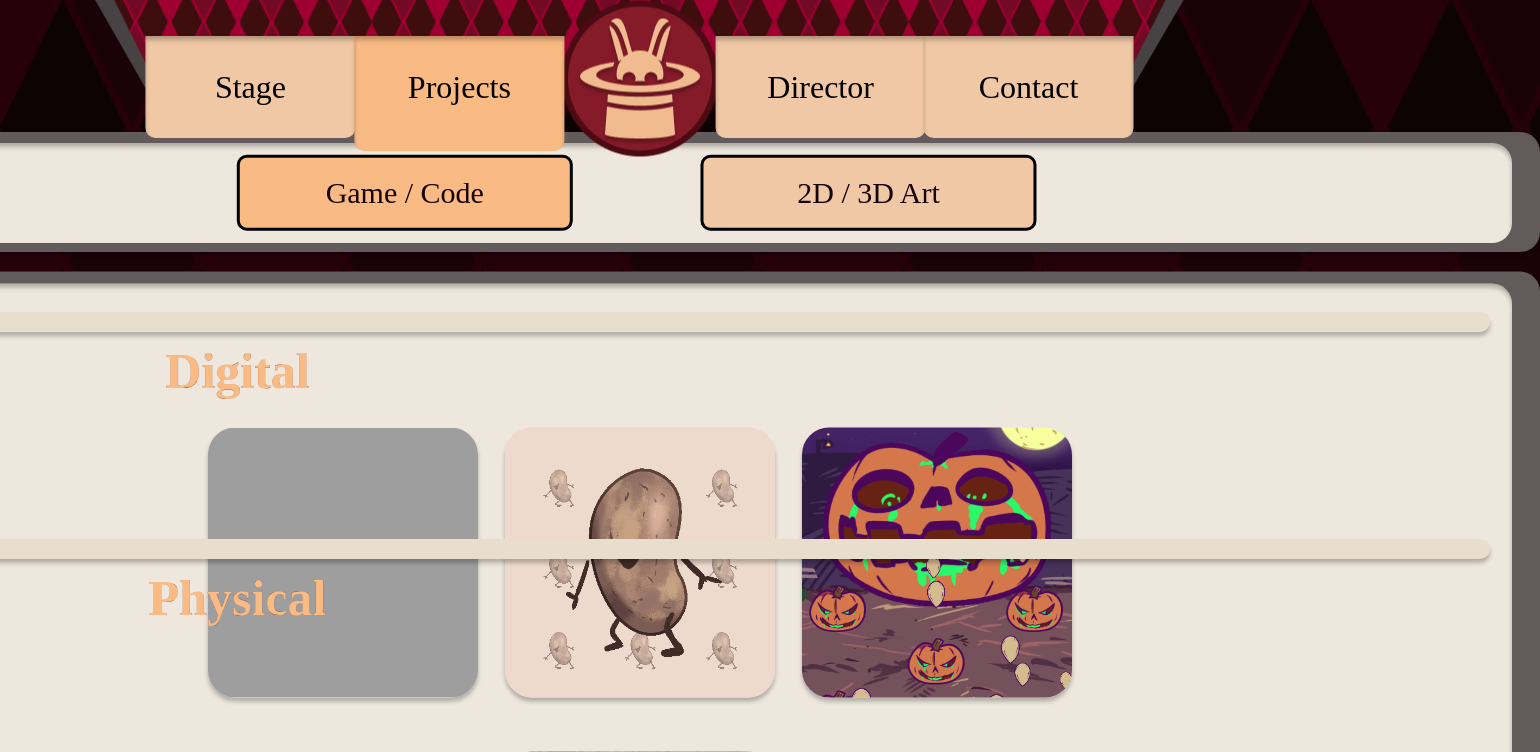
Repository: EMP-ChristinaC/Portfolio
Page: main-project-page/projects.html
These files come from the project's save history. The page is drawn as it stood at one moment and after the next save; the edit follows.
The browser window is 1280 px wide. The page is 1540 px wide, so the pictures cover 1540 px, including what lies to the right of the window. The pictures show the part of the page from y = 0 to 752 px (the page is 2161 px tall).
Pictures or frames that could not be fetched are drawn as grey boxes. Some web fonts or font styles are not loaded; a fallback is used.

Above is the page before, as saved 2024-12-18 16:53:34.

### main-project-page/projects.html
<!DOCTYPE html>
<html lang="en">

<head>
    <meta charset="UTF-8">
    <meta name="viewport" content="width=device-width, initial-scale=1.0">
    <title>CC- Project Gallery Main</title>
    <!--- ////////////////// OUTSIDE STYLES //////////////////-->


    <!--- ///////////////// GOOGLE FONTS  ////////////////////-->
    <link rel="preconnect" href="https://fonts.googleapis.com">
    <link rel="preconnect" href="https://fonts.gstatic.com" crossorigin>
    <link
        href="https://fonts.googleapis.com/css2?family=Overlock:ital,wght@0,400;0,700;0,900;1,400;1,700;1,900&family=Vast+Shadow&display=swap"
        rel="stylesheet">

    <!--- /////////////// MY STYLES ////////////////-->

    <link rel="stylesheet" href="projects-style.css">
    <link rel="stylesheet" href="../nav.css">
    <!-- <link rel="stylesheet" href="projects-style1280x1024.css"> -->
    <link rel="stylesheet" href="media-style-mac-main.css">
    <link rel="stylesheet" href="media-style-phone-main.css">

    <!--- //////////////// FAVICON LINKS ///////////////////-->
    <link rel="shortcut icon" href="../image/logo.png" type="image/x-icon">
    <link rel="icon" href="../image/logo.png" type="image/x-icon">

</head>

<body class="project">

    <!--- /////////////////////// NAVIGATION /////////////////////-->
    <header class="navigation">
        <img class="nav-background" src="../image/nav-background.png"
            alt="A decor for the nav, it holds a logo with diamond patterns in the background.">


            <a href="../index.html" class="nav-home">Stage</a>
            <a href="../about-page/about.html" class="nav-about">Director</a>
            <a href="../contact-page/contact.html" class="nav-contact">Contact</a>
            <a href="projects.html" class="nav-projects current">Projects</a>
    </header>

    <!--- /////////////////////// BOX OUTLINE ///////////////////////-->

    <div class="box-outline-outside-projects-sub-nav">
        <div class="box-outline-inside-projects-sub-nav"></div>
    </div>

    <a href="projects.html" class="main current-sub">Game / Code</a>

    <a href="../sub-project-page/projects-two.html" class="sub">2D / 3D Art</a>


    <div class="box-outline-outside-projects">
        <div class="box-outline-inside-projects"></div>
    <!-- <div class="dia-left-projects">
        <img src="../image/Dia-bottom-left.png"
            alt="A diamond pattern decor that is placed onto the bottom left of the box outline">
    </div>

    <div class="dia-right-projects">
        <img src="../image/Dia-top-right.png"
            alt="A diamond pattern decor that is placed onto the top right of the box outline">
    </div> -->
    </div>

    <div class="box-outline-heading-wel-project">
        <div class="heading-intro-project">
            <h1>Digital</h1>
        </div>
    </div>

    <!--- ////////////////////////-->

    <div class="box-outline-outside-projects-two">
        <div class="box-outline-inside-projects-two"></div>
    <!-- <div class="dia-left-projects-two">
        <img src="../image/Dia-bottom-left.png"
            alt="A diamond pattern decor that is placed onto the bottom left of the box outline">
    </div>

    <div class="dia-right-projects-two">
        <img src="../image/Dia-top-right.png"
            alt="A diamond pattern decor that is placed onto the top right of the box outline">
    </div> -->
    </div>

    <div class="box-outline-heading-wel-project-two">
        <div class="heading-intro-project-two">
            <h1>Physical</h1>
        </div>
    </div>



    <!--- ////////////////////////-->

    <div class="box-outline-outside-foot">
        <div class="box-outline-inside-foot"></div>

            <footer class="section">
                <p>© 2024 by Christina Chan. Powered and secured by Github</p>

                <a class="github" href="https://github.com/EMP-ChristinaC"> <img src="../image/Github-icon.png"
                    alt="Github icon image."></a>

            <a class="twitter" href="https://x.com/EMP_Nifl"> <img src="../image/Twitter-Icon.png"
                    alt="Twitter icon image."></a>

                    <a class="discord" href="https://discordapp.com/users/456539039286165514"> <img src="../image/discord-icon.webp"
                            alt="Discord icon image."></a>

                    <a class="linkedin" href="https://www.linkedin.com/in/christina-chan-290a29323/"> <img src="../image/Linkedin-icon.webp"
                            alt="Linkedin icon image."></a>

                            <a class="instagram" href="https://www.instagram.com/emp_christinac/"> <img
                                src="../../image/InstagramIcon.png" alt="Instagram icon image."></a>
                </div>

            </footer>
    </div>


    <!--- /////////////////////// DECOR  ///////////////////////-->

    <!-- <div class="left-curtain">
        <img src="../image/curtains-left.png" alt="A curtain decor that is placed on the left side of the website.">
    </div>

    <div class="right-curtain">
        <img src="../image/curtain-right.png" alt="A curtain decor that is placed on the right side of the website.">
    </div> -->

    <!--- /////////////////////// TEXT ///////////////////////-->


    <!--- /////////////////////// FOOTER ///////////////////////-->


    <!--- /////////////////////// IMAGES DESKTOP ///////////////////////-->

    <div class="image-container">
        <a href="../projects/cardcraft/mc.html"> <img src="../image/CardCraft-Show Case-Overview.jpg" alt="An overview image of a project called CardCraft.">
        <div class="hover-overlay">
            <div class="hover-text-overlay">CardCraft</div>
        </div>
    </div>

    <div class="image-container-two">
        <a href="../projects/potato-shuffle/potato.html"> <img src="../image/Cover.png" alt="An overview image of a project called Potato Shuffle.">
        <div class="hover-overlay">
            <div class="hover-text-overlay">Potato Shuffle</div>
        </div>
    </div>

    <div class="image-container-three">
        <a href="../projects/mystic-rain/mystic.html"> <img src="../image/MysticRain Home Screen.png" alt="An overview image of a project called MysticRain.">
        <div class="hover-overlay">
            <div class="hover-text-overlay">MysticRain</div>
        </div>
    </div>


    <div class="image-container-four">
        <a href="../projects/smash-n-dash/smash.html"> <img src="../image/Smash-N-Dash-Main-Screen.png" alt="An overview image of a project called Smash N Dash.">
        <div class="hover-overlay">
            <div class="hover-text-overlay">Smash-n-Dash</div>
        </div>
    </div>

    <div class="image-container-five">
        <a href="../projects/"> <img src="../image/Inner-Demons-Gallery.png" alt="An overview image of a project called Sniffle: The Fox Box.">
        <div class="hover-overlay">
            <div class="hover-text-overlay">Inner Demons<br> [In Progress]</div>
        </div>
    </div>

    <div class="image-container-six">
        <a href="../projects/"> <img src="../image/OnlyTwo-Gallery.png" alt="An overview image of a project called Liyue Sunset.">
        <div class="hover-overlay">
            <div class="hover-text-overlay">Only Two<br> [In Progress]</div>
        </div>
    </div>

    <div class="image-container-seven">
        <a href=""> <img src="../image/Please-Wait.png" alt="An overview image of a project called Please Wait.">
        <div class="hover-overlay">
            <div class="hover-text-overlay">Please Wait! <br> [In Progress]</div>
        </div>
    </div>


</body>

</html>

### main-project-page/projects-style.css

/*///////////////////////////////// Box Outline ////////////////////////////*/
.box-outline-outside-projects,
.box-outline-outside-projects-two {
    width: 1800px;
    height: 804px;
    background: rgba(98, 91, 92);
    box-shadow: 0px 4px 4px rgba(0, 0, 0, 0.25);
    border-radius: 20px;
}

.box-outline-outside-projects {
    position: absolute;
    top: 50%;
    left: 50%;
    transform: translate(-50%, -11%);
}

.box-outline-outside-projects-two {
    position: absolute;
    top: 50%;
    left: 50%;
    transform: translate(-50%, 95%);
}

.box-outline-outside-projects-sub-nav {
    width: 1800px;
    height: 120px;
    background: rgba(98, 91, 92);
    box-shadow: 0px 4px 4px rgba(0, 0, 0, 0.25);
    border-radius: 20px;
    position: absolute;
    top: 50%;
    left: 50%;
    transform: translate(-50%, -190%);
}


/*//////////////////////////////////////////////////////////////////////////////*/


.box-outline-inside-projects {
    width: 1745px;
    height: 780px;
    background: #EDE7DD;
    box-shadow: 0px 4px 4px rgba(0, 0, 0, 0.25) inset;
    border-radius: 20px;
    position: absolute;
    top: 1.5%;
    left: 1.5%;
    /* transform: translate(-50%, -26.3%); */
}

.box-outline-inside-projects-two {
    width: 1745px;
    height: 780px;
    background: #EDE7DD;
    box-shadow: 0px 4px 4px rgba(0, 0, 0, 0.25) inset;
    border-radius: 20px;
    position: absolute;
    top: 1.5%;
    left: 1.5%;
    /* transform: translate(-50%, -26.3%); */
}

.box-outline-inside-projects-sub-nav {
    width: 1745px;
    height: 100px;
    background: #EDE7DD;
    box-shadow: 0px 4px 4px rgba(0, 0, 0, 0.25) inset;
    border-radius: 20px;
    position: absolute;
    top: 9%;
    left: 1.5%;
    /* transform: translate(-50%, -26.3%); */
}

/*/////////////////////////////////////*/

.box-outline-heading-wel-project,
.box-outline-heading-wel-project-two {
    width: 1700px;
    height: 20px;
    background: #E7DECD;
    box-shadow: 0px 4px 4px rgba(0, 0, 0, 0.25);
    border-radius: 20px;
    z-index: 1;

}
/*/////////////////////////////////////*/

.box-outline-heading-wel-project {
    position: absolute;
    top: 45%;
    left: 50%;
    transform: translate(-50%, -60%);
}

.box-outline-heading-wel-project-two {
    position: absolute;
    top: 50%;
    left: 50%;
    transform: translate(-50%, 895%);
}


/*/////////////////////////////////////*/

.box-outline-outside-foot {
    width: 100%;
    height: 200px;
    background: rgba(98, 91, 92);
    box-shadow: 0px 4px 4px rgba(0, 0, 0, 0.25);
    border-radius: 20px 20px 0 0;
    position: absolute;
    top: 50%;
    left: 50%;
    transform: translate(-50%, 800%);
}

.box-outline-inside-foot {
    width: 99%;
    height: 185px;
    position: absolute;
    background: #EDE7DD;
    box-shadow: 0px 4px 4px rgba(0, 0, 0, 0.25) inset;
    border-radius: 20px 20px 0 0;
    position: absolute;
    /* transform: translate(-50%, 343%); */
    top: 8%;
    left: 0.5%;
}


/*///////////////////////////////// Decor ////////////////////////////*/

.dia-left-projects img,
.dia-left-projects-two img {
    position: absolute;
    top: 27%;
    left: 50%;
    transform: translate(-385%, 205%);
}


.dia-right-projects img,
.dia-right-projects-two img {
    position: absolute;
    top: 27%;
    right: 50%;
    transform: translate(385%, -107%);
}


/*/////////////////////////////////////*/

.left-curtain {
    position: fixed;
    top: 0%;
    left: 0%;
}

.right-curtain {
    position: fixed;
    top: 0%;
    right: 0%;
}

/*///////////////////////////////// Heading Text ////////////////////////////*/

.heading-intro-project,
.heading-intro-project-two {
    width: 827px;
    text-align: center;
    color: #FABA84;
    font-size: 25px;
    font-family: Vast Shadow;
    font-weight: 400;
    -webkit-text-stroke: 0.1px #4C0B13;
    z-index: 1;
}

/*/////////////////////////////////////*/

.heading-intro-project {
    position: absolute;
    top: -20%;
    left: 2%;
    /* transform: translate(-50%, -320%); */
}

.heading-intro-project-two {
    position: absolute;
    top: -20%;
    left: 2%;
    /* transform: translate(-50%, -320%); */
}

/*///////////////////////////////// Paragraph Text ////////////////////////////*/

footer.section {
    text-align: center;
    color: black;
    font-size: 14px;
    font-family: Overlock;
    font-weight: 400;

    width: 500px;
    position: absolute;
    top: 50%;
    left: 50%;
    transform: translate(-53%, 80%);

}

footer.section p {
    width: 100%;
    height: 100%;
    transform: translate(1%, 35%);
}


/*/////////////////////////////////////*/
.github {
    width: 45px;
    height: 45px;
    position: absolute;
    top: 50%;
    left: 50%;
    overflow: hidden;
    box-shadow: 0px 4px 4px rgba(0, 0, 0, 0.25);
    border-radius: 30px;
    transform: translate(-250%, -180%);
}

.github img {
    width: 100%;
    height: 100%;
    object-fit: cover;
    transition: all 0.3s ease-in-out;
    transform: translate(0%, 0%);
}

.twitter {
    width: 45px;
    height: 45px;
    position: absolute;
    top: 50%;
    left: 50%;
    overflow: hidden;
    box-shadow: 0px 4px 4px rgba(0, 0, 0, 0.25);
    border-radius: 30px;
    transform: translate(-100%, -180%);
}

.twitter img {
    width: 100%;
    height: 100%;
    object-fit: cover;
    transition: all 0.3s ease-in-out;
    transform: translate(-0%, -0%);
}


.discord {
    width: 45px;
    height: 45px;
    position: absolute;
    top: 50%;
    left: 50%;
    overflow: hidden;
    box-shadow: 0px 4px 4px rgba(0, 0, 0, 0.25);
    border-radius: 30px;
    transform: translate(50%, -180%);
}

.discord img {
    width: 100%;
    height: 100%;
    object-fit: cover;
    transition: all 0.3s ease-in-out;
    transform: translate(-0%, -0%);
}


.linkedin {
    width: 45px;
    height: 45px;
    position: absolute;
    top: 50%;
    left: 50%;
    overflow: hidden;
    box-shadow: 0px 4px 4px rgba(0, 0, 0, 0.25);
    border-radius: 30px;
    transform: translate(200%, -180%);
}

.linkedin img {
    width: 100%;
    height: 100%;
    object-fit: cover;
    transition: all 0.3s ease-in-out;
    transform: translate(-0%, -0%);
}
/*///////////////////////////////// Button ////////////////////////////*/

.main,
.sub {
    position: absolute;
    text-align: center;
    color: #140307;
    font-family: Vast Shadow;
    font-weight: 400;
    background: #F0C8A6;
    top: 50%;
    left: 50%;
    border: none;
    cursor: pointer;
    transition: all 0.3s ease-in-out;
    border: 3px black solid;
    border-radius: 10px;
    z-index: 1;
}

/*/////////////////////////////////////*/


.main {
    transform: translate(-120%, -270%);
    font-size: 30px;
    line-height: 70px;
    width: 330px;
    height: 70px;
}

.sub {
    transform: translate(18%, -270%);
    font-size: 30px;
    line-height: 70px;
    width: 330px;
    height: 70px;
}


/*///////////////////////////////// Animation ////////////////////////////*/

.image-container {
    transform: translate(-160%, 340%);
}

.image-container-two {
    transform: translate(-50%, 25%);
}

.image-container-three {
    transform: translate(-160%, 145%);
}


.image-container-four {
    transform: translate(60%, 25%);
}

.image-container-five {
    transform: translate(-50%, 145%);
}

.image-container-six {
    transform: translate(-50%, 340%);
}

.image-container-seven {
    transform: translate(-160%, 25%);
}

.image-container,
.image-container-two,
.image-container-three,
.image-container-four,
.image-container-five,
.image-container-six,
.image-container-seven {
    top: 50%;
    left: 50%;
    position: absolute;
    width: 270px;
    height: 270px;
    border-radius: 10%;
    overflow: hidden;
    box-shadow: 0px 4px 4px rgba(0, 0, 0, 0.25);
}

.image-container img {
    width: 150%;
    height: 150%;
    object-fit: cover;
    transform: translate(-20%, -15%);
    transition: all 0.3s ease-in-out;
}

.image-container-two img {
    width: 130%;
    height: 130%;
    object-fit: cover;
    transform: translate(-12%, -16%);
    transition: all 0.3s ease-in-out;
}

.image-container-three img {
    width: 150%;
    height: 100%;
    object-fit: cover;
    transform: translate(-30%, -0%);
    transition: all 0.3s ease-in-out;
}

.image-container-four img {
    width: 100%;
    height: 190%;
    transform: translate(0%, -17%);
    object-fit: cover;
    transition: all 0.3s ease-in-out;
}

.image-container-five img {
    width: 100%;
    height: 100%;
    object-fit: cover;
    transition: all 0.3s ease-in-out;
}

.image-container-six img {
    width: 140%;
    height: 140%;
    object-fit: cover;
    transition: all 0.3s ease-in-out;
    transform: translate(0%, -15%);
}

.image-container-seven img {
    width: 100%;
    height: 100%;
    object-fit: cover;
    transition: all 0.3s ease-in-out;
}

.hover-overlay {
    position: absolute;
    top: 0;
    left: 0;
    width: 100%;
    height: 100%;
    display: flex;
    justify-content: center;
    align-items: center;
    opacity: 0;
    transition: opacity 0.8s ease;
    background: rgba(0, 0, 0, 0.4);
    border-radius: 10%;
}

.hover-text-overlay {
    color: #f1f1f1;
    font-size: 25px;
    font-family: Overlock;
    font-weight: 400;
    padding: 20px;
    text-align: center;
}

.image-container:hover .hover-overlay,
.image-container-two:hover .hover-overlay,
.image-container-three:hover .hover-overlay,
.image-container-four:hover .hover-overlay,
.image-container-five:hover .hover-overlay,
.image-container-six:hover .hover-overlay,
.image-container-seven:hover .hover-overlay {
    opacity: 1;
}


/*///////////////////////////////// Phone ////////////////////////////*/

.phone-projects {
    display: none;
}

### main-project-page/media-style-mac-main.css
@media screen and (min-width: 2005px) and (min-height: 1353px) {


    /*///////////////////////////////// Nav Decor ////////////////////////////*/
    .nav-background {
        transform: translate(-50%, -57%);
        width: 1320px;
        height: auto;

    }


    .nav-home,
    .nav-about,
    .nav-contact,
    .nav-projects {
        width: 250px;
        height: 120px;
        font-size: 38px;
        font-weight: 400;
        line-height: 120px;
    }

    .current {
        height: 16%;
    }

    /*///////////////////////// Nav Home //////////////////////////*/
    .nav-home {
        transform: translate(-235.5%);
    }

    .nav-home:hover {
        height: 16%;
    }

    /*///////////////////////////// Nav About /////////////////////////*/
    .nav-about {
        transform: translate(-136%);
    }

    .nav-about:hover {
        height: 16%;
    }

    /*/////////////////////////////////// Nav Contact ///////////////////////*/
    .nav-contact {
        transform: translate(36%);
    }

    .nav-contact:hover {
        height: 16%;
    }

    /*///////////////////////////////// Nav Projects ////////////////////////////*/
    .nav-projects {
        transform: translate(135%);
    }

    .nav-projects:hover {
        height: 16%;
    }

    /*//////////////////////////*/


    /* .project::before {
        width: 2005px;
        height: 2400px;
    } */


    .left-curtain img {
        width: auto;
        height: 1480px;
    }


    .right-curtain img {
        width: auto;
        height: 1510px;
    }





}

Loaded but not shown: main-project-page/media-style-phone-main.css (322 lines, source omitted); nav.css (334 lines, source omitted)

After the next save:
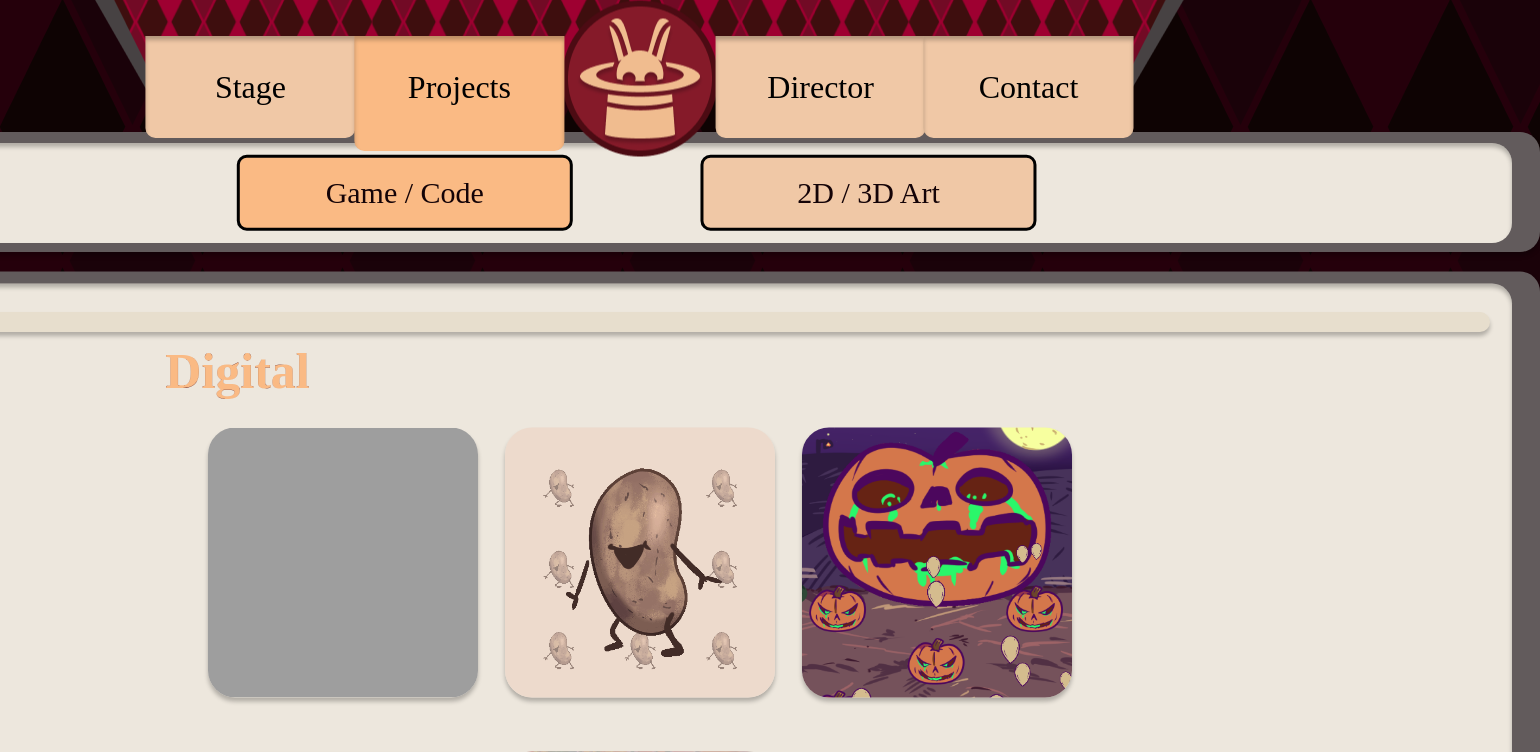
Saved 8 s later.
--- a/main-project-page/projects-style.css
+++ b/main-project-page/projects-style.css
@@ -98,7 +98,7 @@
 
 .box-outline-heading-wel-project-two {
     position: absolute;
-    top: 50%;
+    top: 90%;
     left: 50%;
     transform: translate(-50%, 895%);
 }
